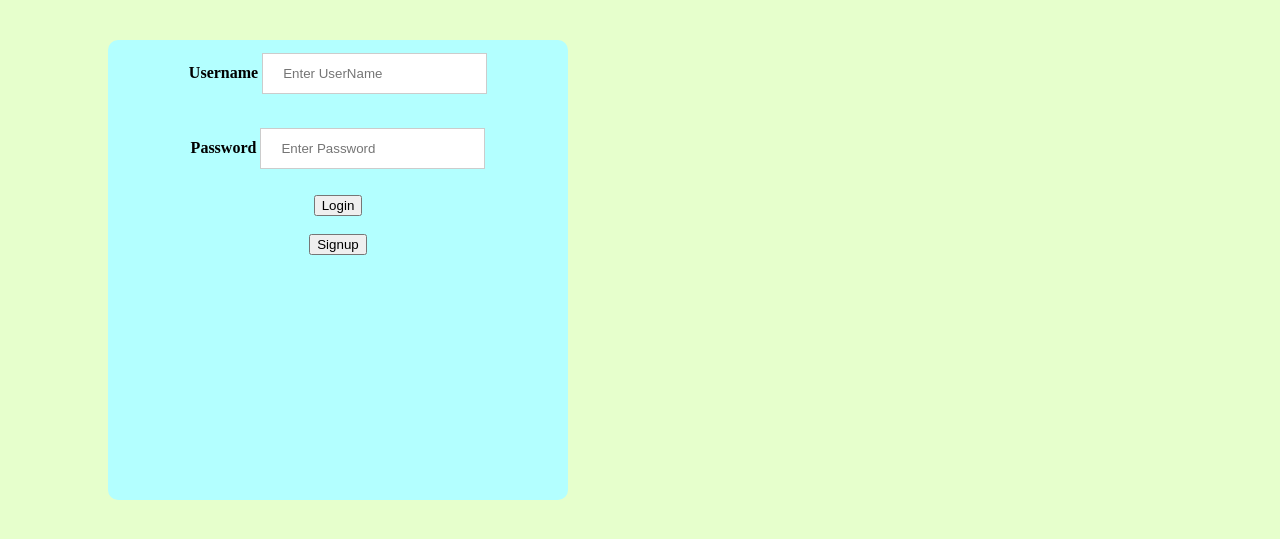
Repository: jagdishpatil18/JavaAdv
Page: Login_App/WebContent/index.html
The author's editor kept a copy of each file at every save. The page is drawn from the files as they stood at one save, then again after the next save.
The browser window is 1280 px wide. The pictures show the whole page.

Above is the page before, as saved 2017-04-27 05:38:18.

### Login_App/WebContent/index.html
<!DOCTYPE html>
<html>
<head>
<meta charset="UTF-8">
<title>Index Page</title>
</head>
<style>
input[type=text], input[type=password] {
	width: 50%;
	padding: 12px 20px;
	margin: 8px 0;
	display: inline-block;
	border: 1px solid #ccc;
	box-sizing: border-box;
}

.div {
	border: 5px solid #b3ffff;
	background-color: #b3ffff;
	width: 450px;
	height: 450px;
	margin-left: 100px;
	margin-top: 40px;
	border-radius: 10px;
}
</style>

<body bgcolor="#e6ffcc">

	<div class="div">
		<center>
			<form action="ServletLogin" method="post">
				<label><b>Username</b></label> <input type="text"
					placeholder="Enter UserName" name="username"><br></br> <label><b>Password
				</b></label><input type="password" placeholder="Enter Password" name="password">
				<br> <br> <input type="submit" value="Login">
			</form>

			<br> <label> <a href="signup.html"><button>Signup</button></a></label>
		</center>
	</div>

</body>
</html>

After the next save:
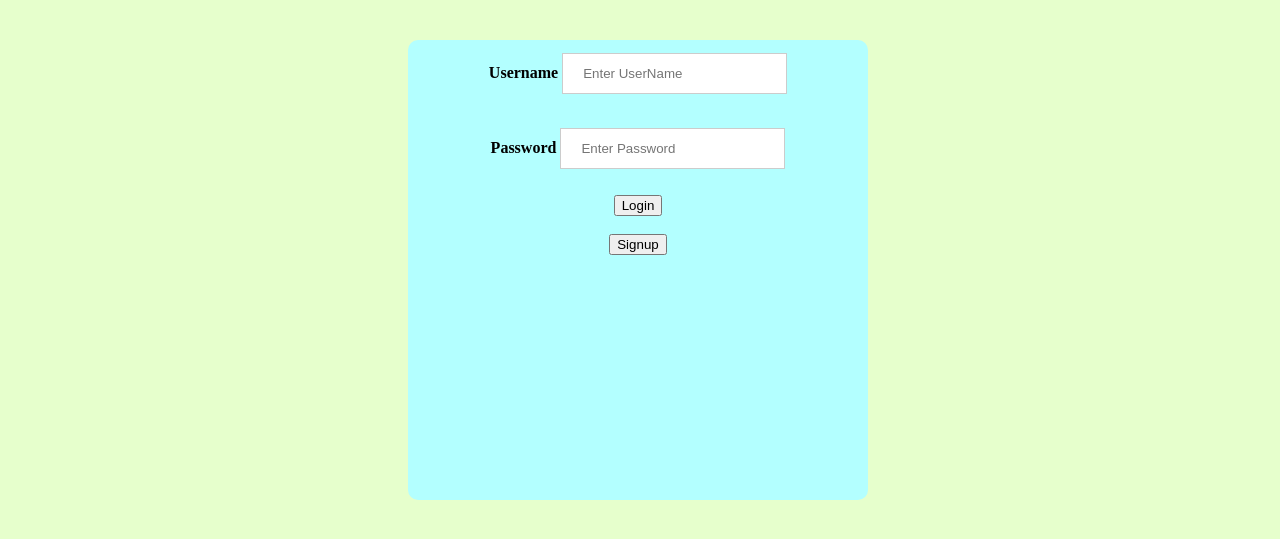
Saved 19 s later.
--- a/Login_App/WebContent/index.html
+++ b/Login_App/WebContent/index.html
@@ -19,7 +19,7 @@ input[type=text], input[type=password] {
 	background-color: #b3ffff;
 	width: 450px;
 	height: 450px;
-	margin-left: 100px;
+	margin-left: 400px;
 	margin-top: 40px;
 	border-radius: 10px;
 }
